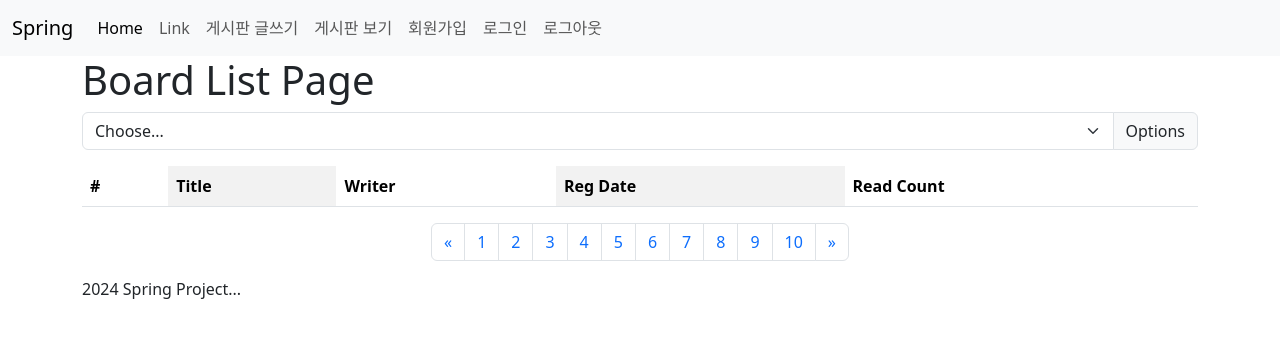
Repository: gajami-kim/240430_Spring_Study
Page: http://localhost/spring_study/WEB-INF/views/board/list.jsp
These files come from the project's save history. The page is drawn as it stood at one moment and after the next save; the edit follows.
The browser window is 1280 px wide. The pictures show the whole page.
The page is served by Tomcat 9. Nobody is signed in. The template is opened directly, without the code that normally fills it, so the values that code supplies are empty.

Above is the page before, as saved 2024-04-24 08:39:56.

### spring_study/src/main/webapp/WEB-INF/views/board/list.jsp
<%@ page language="java" contentType="text/html; charset=UTF-8"
    pageEncoding="UTF-8"%>
    <%@ taglib uri="http://java.sun.com/jsp/jstl/core" prefix="c" %>
<jsp:include page="../layout/header.jsp" />
<div class="container-sm">
	<h1>Board List Page</h1>

	<!-- 검색라인 -->
	<form action="">
		<div class="input-group mb-3">
		  <select class="form-select" id="inputGroupSelect02">
		    <option selected>Choose...</option>
		    <option value="1">One</option>
		    <option value="2">Two</option>
		    <option value="3">Three</option>
		  </select>
		  <label class="input-group-text" for="inputGroupSelect02">Options</label>
		</div>
	</form>
	<table class="table table-striped-columns">
		<thead>
			<tr>
				<th>#</th>
				<th>Title</th>
				<th>Writer</th>
				<th>Reg Date</th>
				<th>Read Count</th>
			</tr>
		</thead>
		<c:forEach items="${list }" var="bvo">
		<tbody>
			<tr>
				<td>${bvo.bno }</td>
				<td><a href="/board/detail?bno=${bvo.bno }">${bvo.title }</a></td>
				<td>${bvo.writer }</td>
				<td>${bvo.reg_date }</td>
				<td>${bvo.read_count }</td>
			</tr>
		</tbody>
		</c:forEach>
	</table>
	<!-- 페이지네이션 라인 -->
	<nav aria-label="Page navigation example">
	  <ul class="pagination justify-content-center">
	    <li class="page-item">
	      <a class="page-link" href="#" aria-label="Previous">
	        <span aria-hidden="true">&laquo;</span>
	      </a>
	    </li>
	    <c:forEach begin="1" end="10" var="i">
		    <li class="page-item"><a class="page-link" href="#">${i }</a></li>
	    </c:forEach>
	    <li class="page-item">
	      <a class="page-link" href="#" aria-label="Next">
	        <span aria-hidden="true">&raquo;</span>
	      </a>
	    </li>
	  </ul>
	</nav>
</div>
<jsp:include page="../layout/footer.jsp" />

### spring_study/src/main/webapp/WEB-INF/views/layout/header.jsp
<%@ page language="java" contentType="text/html; charset=UTF-8"
    pageEncoding="UTF-8"%>
<!DOCTYPE html>
<html>
<head>
<meta charset="UTF-8">
<title>header.jsp</title>
</head>
<link href="https://cdn.jsdelivr.net/npm/bootstrap@5.3.3/dist/css/bootstrap.min.css" rel="stylesheet" integrity="sha384-QWTKZyjpPEjISv5WaRU9OFeRpok6YctnYmDr5pNlyT2bRjXh0JMhjY6hW+ALEwIH" crossorigin="anonymous">
<script src="https://cdn.jsdelivr.net/npm/bootstrap@5.3.3/dist/js/bootstrap.bundle.min.js" integrity="sha384-YvpcrYf0tY3lHB60NNkmXc5s9fDVZLESaAA55NDzOxhy9GkcIdslK1eN7N6jIeHz" crossorigin="anonymous"></script>
<body>
<nav class="navbar navbar-expand-lg bg-body-tertiary">
  <div class="container-fluid">
    <a class="navbar-brand" href="#">Spring</a>
    <button class="navbar-toggler" type="button" data-bs-toggle="collapse" data-bs-target="#navbarSupportedContent" aria-controls="navbarSupportedContent" aria-expanded="false" aria-label="Toggle navigation">
      <span class="navbar-toggler-icon"></span>
    </button>
    <div class="collapse navbar-collapse" id="navbarSupportedContent">
      <ul class="navbar-nav me-auto mb-2 mb-lg-0">
        <li class="nav-item">
          <a class="nav-link active" aria-current="page" href="#">Home</a>
        </li>
        <li class="nav-item">
          <a class="nav-link" href="#">Link</a>
        </li>
        <li class="nav-item">
          <a class="nav-link" href="/board/register">게시판 글쓰기</a>
        </li>
        <li class="nav-item">
          <a class="nav-link" href="/board/list">게시판 보기</a>
        </li>
        <li class="nav-item">
          <a class="nav-link" href="#">회원가입</a>
        </li>
        <li class="nav-item">
          <a class="nav-link" href="#">로그인</a>
        </li>
        <li class="nav-item">
          <a class="nav-link" href="#">로그아웃</a>
        </li>
      </ul>
    </div>
  </div>
</nav>

### spring_study/src/main/webapp/WEB-INF/views/layout/footer.jsp
<%@ page language="java" contentType="text/html; charset=UTF-8"
    pageEncoding="UTF-8"%>

<div class="container-sm">
	2024 Spring Project...
</div>

</body>
</html>

After the next save:
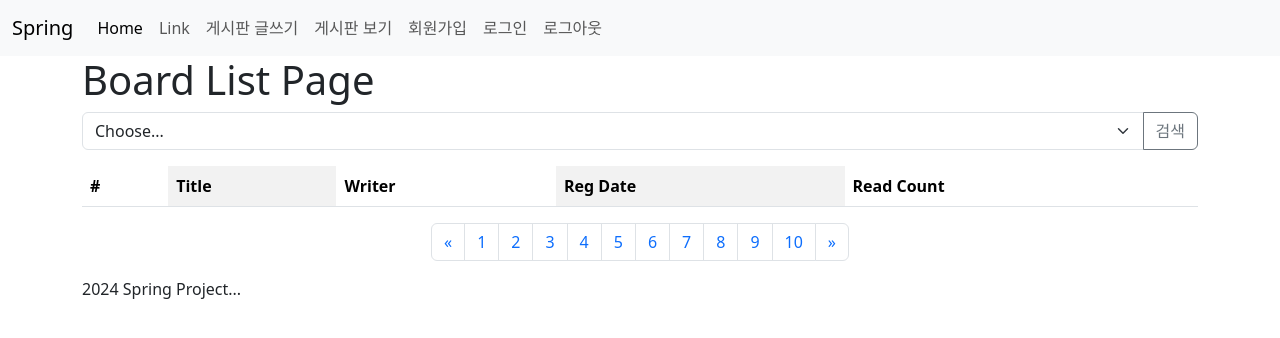
Saved 54 s later.
--- a/spring_study/src/main/webapp/WEB-INF/views/board/list.jsp
+++ b/spring_study/src/main/webapp/WEB-INF/views/board/list.jsp
@@ -10,11 +10,11 @@
 		<div class="input-group mb-3">
 		  <select class="form-select" id="inputGroupSelect02">
 		    <option selected>Choose...</option>
-		    <option value="1">One</option>
-		    <option value="2">Two</option>
-		    <option value="3">Three</option>
+		    <option value="t">Title</option>
+		    <option value="w">Writer</option>
+		    <option value="c">Content</option>
 		  </select>
-		  <label class="input-group-text" for="inputGroupSelect02">Options</label>
+		  <button class="btn btn-outline-secondary" type="button">검색</button>
 		</div>
 	</form>
 	<table class="table table-striped-columns">
